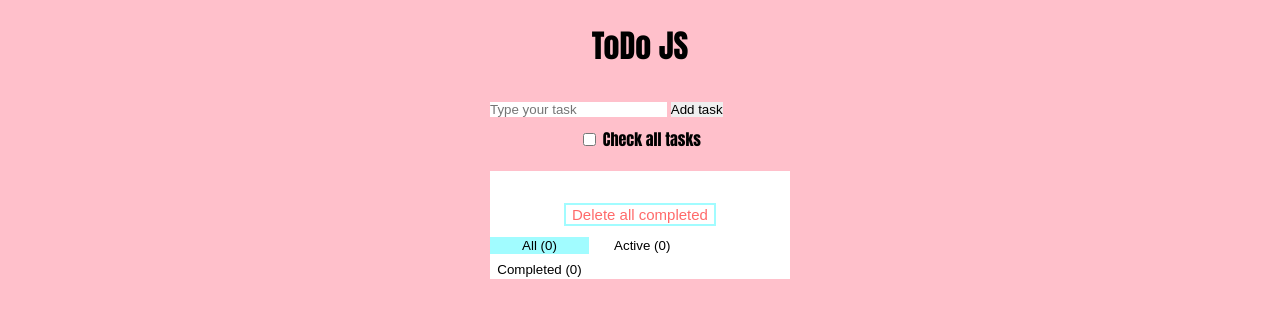
Repository: mklyagin/klyagin_todojs
Page: index.html
The author's editor kept a copy of each file at every save. The page is drawn from the files as they stood at one save, then again after the next save.
The browser window is 1280 px wide. The pictures show the whole page.

Above is the page before, as saved 2024-02-28 09:14:05.

### index.html
<!DOCTYPE html>
<html lang="en">
  <head>
    <meta charset="UTF-8">
    <meta name="viewport" content="width=device-width, initial-scale=1.0">
    <title>ToDo JS</title>
    <link rel="stylesheet" href="./style.css">
  </head>
  <body>
    <h1>ToDo JS</h1>
    <div class="input-section">
      <input maxlength="15" id="enter-task-input" placeholder="Type your task">
      <button type="button" id="add-task-button">Add task</button>
    </div>
    <div class ='check-all-task'>
      <input type="checkbox" id="check-all-checkbox">
      <span>Check all tasks</span>
    </div>
    <div class="task-functions">
      <ul id="task-list"></ul>
      <button type="button" id="delete-all-completed-button">
        Delete all completed
      </button>
      <div id="tabulation">
        <button id="show-all" class="tab-button active">All (0)</button>
        <button id="show-active" class="tab-button">Active (0)</button>
        <button id="show-completed" class="tab-button" >Completed (0)</button>
      </div>
    </div>
    <div id="pagination"></div>
    <script src="./script.js"></script>
  </body>
</html>

### style.css

body {
  display: flex;
  flex-direction: column;
  margin: auto;
  align-items: center;
  justify-content: center;
  font-family: Impact, Haettenschweiler, 'Arial Narrow Regular', sans-serif;
  background-color: pink;
}

body > h1 {
  font-family: Impact, Haettenschweiler, 'Arial Narrow Bold', sans-serif;
}

button {
 border: none;
}

ul {
  padding: 0;
  width: 300px;
  display: flex;
  flex-direction: column;
  align-items: center;
}

li {
  text-decoration: none;
  list-style-type: none;
  background-color: #a1fcff;
  display: flex;
  flex-direction: row;
  align-items: center;
  justify-content: space-around;
  width: 250px;
  margin: 5px 0;
  border-radius: 5px;
  height: 40px;
}

.input-section {
  width: 300px;
}

#enter-task-input {
  padding: 0;
  margin: 0;
  border: none;
}

#add-task-button {
  padding: 0;
  margin: 0;
}

.delete-task {
  background-color: rgb(255, 88, 88);
}

.task-functions {
  margin: 20px 20px;
  display: flex;
  flex-direction: column;
  align-items: center;
  justify-content: space-between;
  background: #ffffff;
  width: 300px;
}

.task-functions > button {
  background-color: inherit;
}

#add-task-button {
  margin: 10px 0;

}

.tabulation {
  margin-top: 40px;
  background-color: inherit;
}

.tab-button {
  background-color: inherit;
  width: 99px;
}

#delete-all-completed-button {
  color: rgb(255, 106, 106);
  font-size: 15px;
  margin-bottom: 5px;
  border: 2px solid #a1fcff;
}

.hidden-element {
  display: none;
}

.active {
  background-color: #a1fcff;
}

.page-number {
  border: 1px solid black;
  border-radius: 100%;
}

### script.js
(() => {
  const buttonTaskAdd = document.querySelector('#add-task-button');
  const inputTask = document.querySelector('#enter-task-input');
  const ulTask = document.querySelector('#task-list');
  const checkAllCheckbox = document.querySelector('#check-all-checkbox');
  const deleteAllCompletedButton = document.querySelector('#delete-all-completed-button');
  const tabulationDiv = document.querySelector('#tabulation');
  const paginationDiv = document.querySelector('#pagination');

  const ENTER_KEY = 'Enter';
  const ESCAPE_KEY = 'Escape';
  const QUANTITY_OF_TASKS = 5;

  let taskList = [];
  let taskListPages = [[]];
  let filterType = 0;
  let currentPage = 0;

  const strValidation = (inputStr) => inputStr.replace(/[!@#$%^&*()'"`<>;:]/g, '');

  const checkAllTaskStates = () => {
    checkAllCheckbox.checked = taskList.length
      ? (taskList.every((task) => task.isDone))
      : false;
  };

  const listToPages = (currentList) => {
    taskListPages = [[]];
    let index = 0;
    currentList.forEach((task) => {
      if (taskListPages[index].length === QUANTITY_OF_TASKS) {
        taskListPages.push([]);
        index += 1;
      }
      taskListPages[index].push(task);
    });
  };

  const taskFilter = (currentList) => {
    switch (filterType) {
      case (0):
        return currentList;
      case (1):
        currentList = currentList.filter((task) => !task.isDone);
        return currentList;
      case (2):
        currentList = currentList.filter((task) => task.isDone);
        return currentList;
      default:
        return undefined;
    }
  };

  const taskValidation = () => {
    taskList.forEach((task) => {
      task.title = task.title.trim();
    });
    taskList = taskList.filter((task) => task.title.length);
  };
  const taskFilterCounter = () => {
    const counter = {
      total: taskList.length,
      active: (taskList.filter((task) => !task.isDone)).length,
      completed: (taskList.filter((task) => task.isDone)).length,
    };

    return counter;
  };

  const taskRender = (isAdding) => {
    let listOfTasks = '';
    let prePaginationList = '';
    let currentList = [];
    taskValidation();
    currentList = taskFilter(taskList);
    listToPages(currentList);
    if (isAdding) {
      currentPage = taskListPages.length - 1;
    }
    taskListPages[currentPage].forEach((task) => {
      listOfTasks
    += `<li id=${task.id}>
    <input type="checkbox" class="check-task" ${task.isDone ? 'checked' : ''}>
    <span class="task-title">${task.title}</span>
    <input hidden maxlength="15" class="edit-task" id=${task.id} value=${task.title} >
    <button type="button" class="delete-task">X</button>
    </li>`;
    });
    ulTask.innerHTML = listOfTasks;
    checkAllTaskStates();
    const tabNumbers = taskFilterCounter();
    for (let index = 0; index < 3; index += 1) {
      if (index === filterType) {
        tabulationDiv.children[index].classList.add('active');
      } else {
        tabulationDiv.children[index].classList.remove('active');
      }
    }
    tabulationDiv.children[0].innerHTML = `All (${tabNumbers.total})`;
    tabulationDiv.children[1].innerHTML = `Active (${tabNumbers.active})`;
    tabulationDiv.children[2].innerHTML = `Completed (${tabNumbers.completed})`;
    for (let i = 0; i < taskListPages.length; i += 1) {
      prePaginationList += `<button class="page-number ${(i === currentPage ? 'active' : '')}">${i + 1}</button>`;
    }
    paginationDiv.innerHTML = prePaginationList;
  };

  const setPage = (event) => {
    if (event.target.classList.contains('page-number')) {
      currentPage = event.target.innerHTML - 1;
    }
    taskRender();
  };

  const addTask = () => {
    const task = {
      id: Date.now(),
      title: strValidation(inputTask.value),
      isDone: false,
    };

    taskList.push(task);
    inputTask.value = '';
    taskRender(true);
  };

  const editVisibilityToggle = (target) => {
    target.hidden = !target.hidden;
    if (target.className === 'task-title') {
      target.nextElementSibling.hidden = !target.nextElementSibling.hidden;
      target.nextElementSibling.focus();
    } else {
      target.previousElementSibling.hidden = !target.previousElementSibling.hidden;
    }
  };

  const editMode = (event) => {
    if (event.target.className === 'edit-task') {
      if (event.key === ESCAPE_KEY) {
        taskRender();
      } else if (event.key === ENTER_KEY || (event.type === 'blur' && event.sourceCapabilities)) {
        event.target.value = event.target.value.trim();
        if (!event.target.value.length) {
          taskRender();
        } else {
          editVisibilityToggle(event.target.previousElementSibling);
          taskList.forEach((task) => {
            if (task.id === Number(event.target.id)) {
              task.title = strValidation(event.target.value);
            }
          });
          taskRender();
        }
      }
    }
  };

  const eventUlHandlerListener = (event) => {
    const eventTaskID = Number(event.target.parentNode.id);
    const elemClass = event.target.className;
    if (elemClass === 'check-task') {
      taskList.forEach((task) => {
        if (task.id === eventTaskID) {
          task.isDone = event.target.checked;
        }
        checkAllTaskStates();
      });
      taskRender();
    } else if (elemClass === 'delete-task' && event.type === 'click') {
      taskList = taskList.filter((task) => task.id !== eventTaskID);
      taskRender();
    } else if (elemClass === 'task-title' && event.detail === 2) {
      editVisibilityToggle(event.target);
    }
  };

  const inputTaskListener = (event) => {
    if (event.key === ENTER_KEY) {
      addTask();
      inputTask.blur();
    }
  };

  const deleteCompleted = () => {
    taskList = taskList.filter((task) => !task.isDone);
    taskRender();
  };

  const checkAll = () => {
    taskList.forEach((task) => {
      task.isDone = checkAllCheckbox.checked;
    });
    taskRender();
  };

  const paginationCounter = (totalNumber) => {
    switch (totalNumber) {
      case 0:
        return 0;
      case totalNumber < 0:
        return 0;
      default:
        return (Math.ceil(totalNumber / 5) - 1);
    }
  };

  const tabulationListener = (event) => {
    const tabNumbers = taskFilterCounter();
    switch (event.target.id) {
      case ('show-all'):
        filterType = 0;
        currentPage = paginationCounter(tabNumbers.total);
        taskRender();
        break;
      case ('show-active'):
        filterType = 1;
        currentPage = paginationCounter(tabNumbers.active);
        taskRender();
        break;
      case ('show-completed'):
        filterType = 2;
        currentPage = paginationCounter(tabNumbers.completed);
        taskRender();
        break;
      default:
        break;
    }
  };

  ulTask.addEventListener('click', eventUlHandlerListener);
  ulTask.addEventListener('blur', editMode, true);
  ulTask.addEventListener('keydown', editMode);
  buttonTaskAdd.addEventListener('click', addTask);
  inputTask.addEventListener('keydown', inputTaskListener);
  deleteAllCompletedButton.addEventListener('click', deleteCompleted);
  checkAllCheckbox.addEventListener('click', checkAll);
  tabulationDiv.addEventListener('click', tabulationListener);
  paginationDiv.addEventListener('click', setPage);
})();

After the next save:
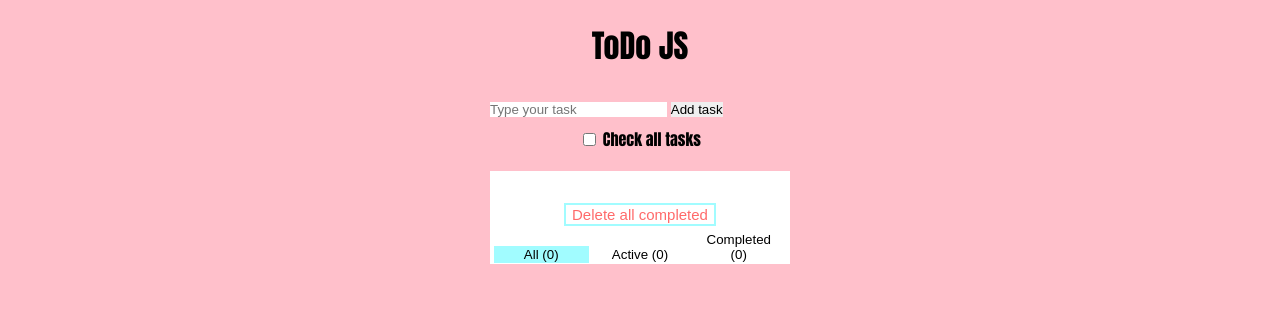
Saved 5 s later.
--- a/style.css
+++ b/style.css
@@ -84,7 +84,7 @@ li {
 
 .tab-button {
   background-color: inherit;
-  width: 99px;
+  width: 95px;
 }
 
 #delete-all-completed-button {
